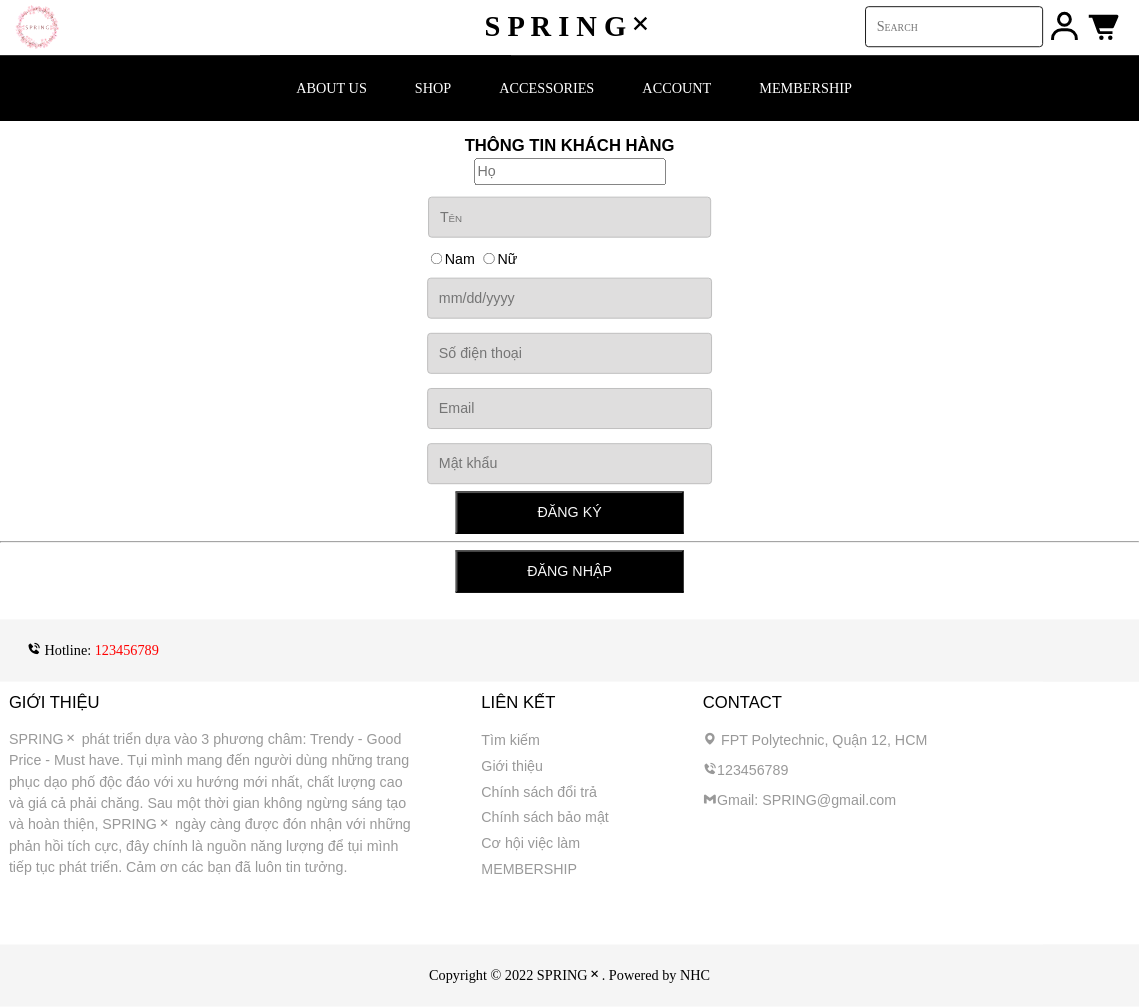
Repository: chuong2811/chuong2811
Page: ASM-PER/index.html
An editor plug-in stored every save of this project. The page is shown before and after the next save, followed by the edit.
The browser window is 1280 px wide. The pictures show the whole page, at 89% of full size.
Some web fonts or font styles are not loaded; a fallback is used.

Above is the page before, as saved 2022-02-18 23:39:33.

After the next save:
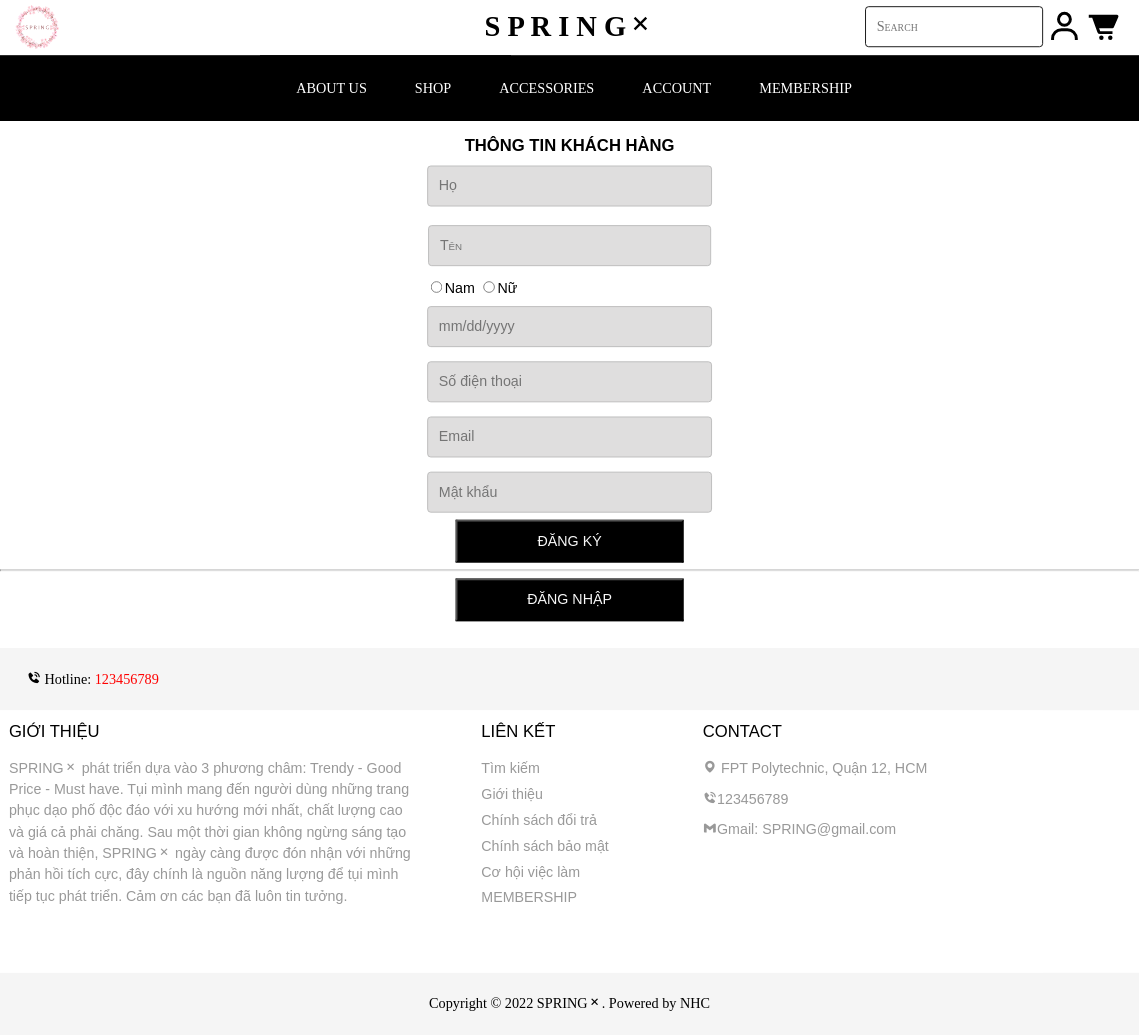
Saved 77 s later.
--- a/ASM-PER/index.html
+++ b/ASM-PER/index.html
@@ -61,7 +61,7 @@
     </div>
     <div class="form">
         <div class="ho">
-            <input class="control" type="text" placeholder="Họ">
+            <input class="control2" type="text" placeholder="Họ">
         </div>
         <div class="ten">
             <input class="control2" type="text" placeholder="Tên">
